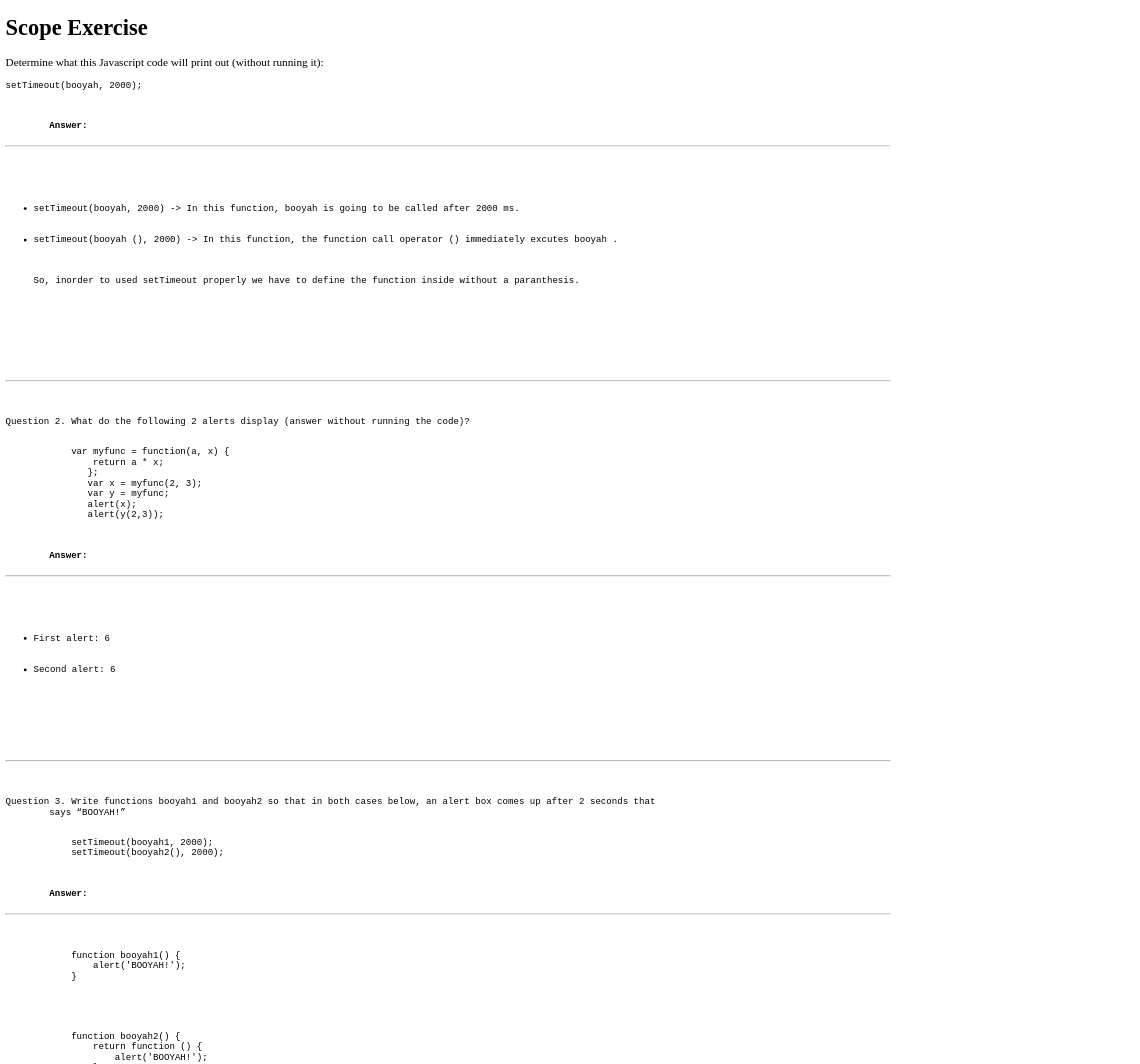
Repository: bethelbahiru/WAP
Page: Homework3/scope.html
An editor plug-in stored every save of this project. The page is shown before and after the next save, followed by the edit.
The browser window is 1280 px wide. The page is 1629 px wide, then 1280 px, so the pictures cover 1629 px, including what lies to the right of the window. The pictures show the part of the page from y = 0 to 1520 px (the page is 2125 px tall before and 1059 px after), at 70% of full size.

Above is the page before, as saved 2022-01-18 15:12:03.

After the next save:
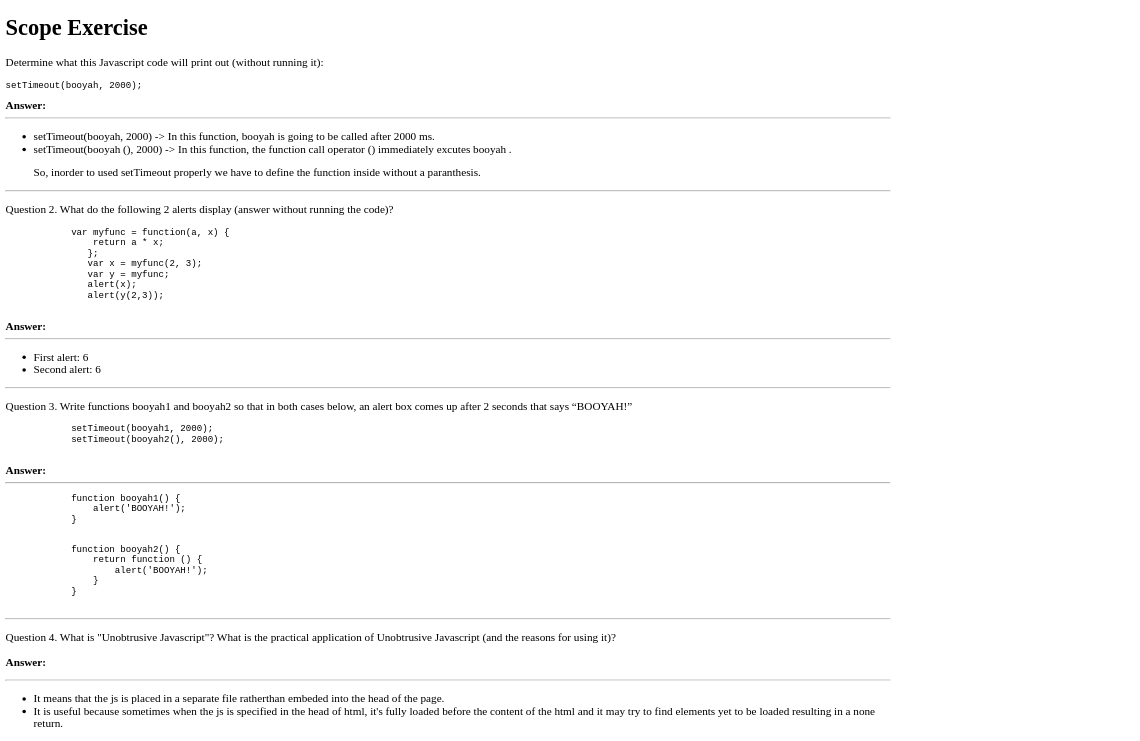
Saved 4 s later.
--- a/Homework3/scope.html
+++ b/Homework3/scope.html
@@ -9,7 +9,7 @@
 <body>
     <h1><strong>Scope Exercise</strong></h1>
     <p> Determine what this Javascript code will print out (without running it):
-        <pre>setTimeout(booyah, 2000);</p>
+        <pre>setTimeout(booyah, 2000);</pre>
 
         <strong>Answer:</strong>
         <hr>
